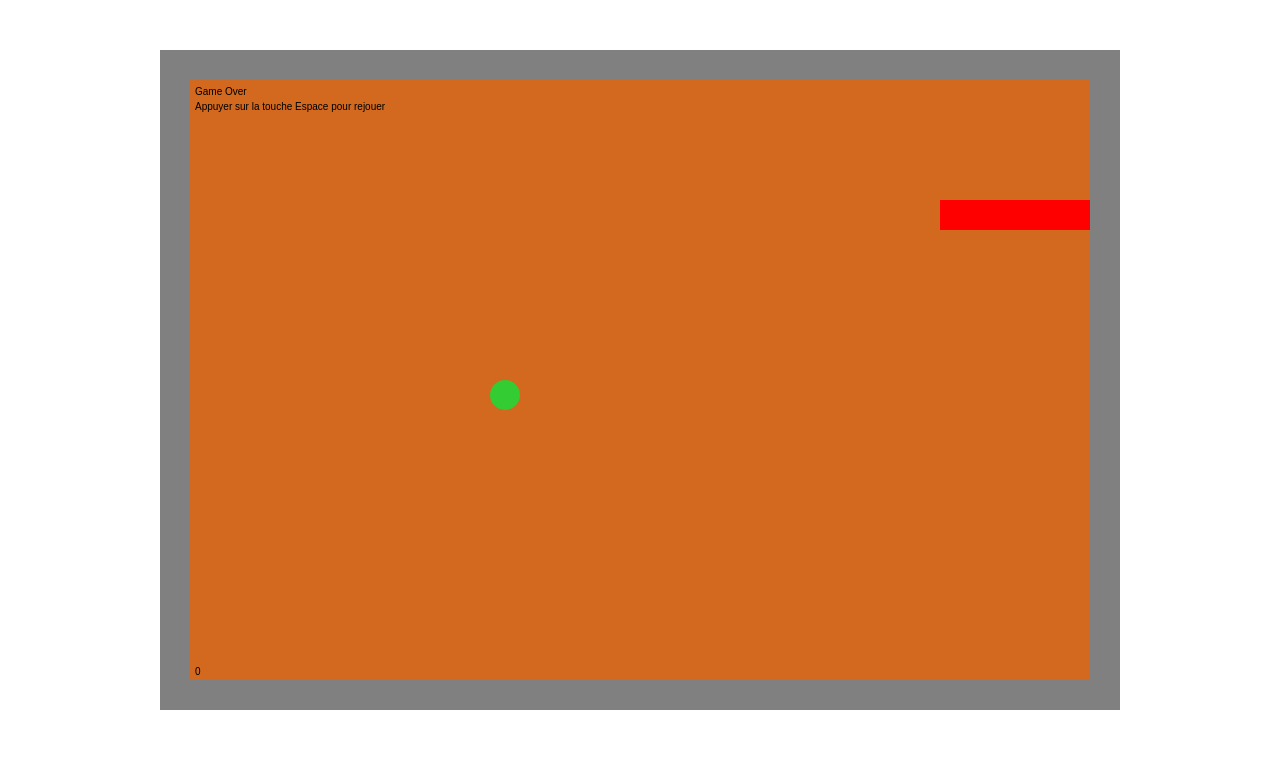
Repository: 0Memo/serpent
Page: index.html
These files come from the project's save history. The page is drawn as it stood at one moment and after the next save; the edit follows.
The browser window is 1280 px wide. The pictures show the whole page.

Above is the page before, as saved 2020-12-16 22:10:39.

After the next save:
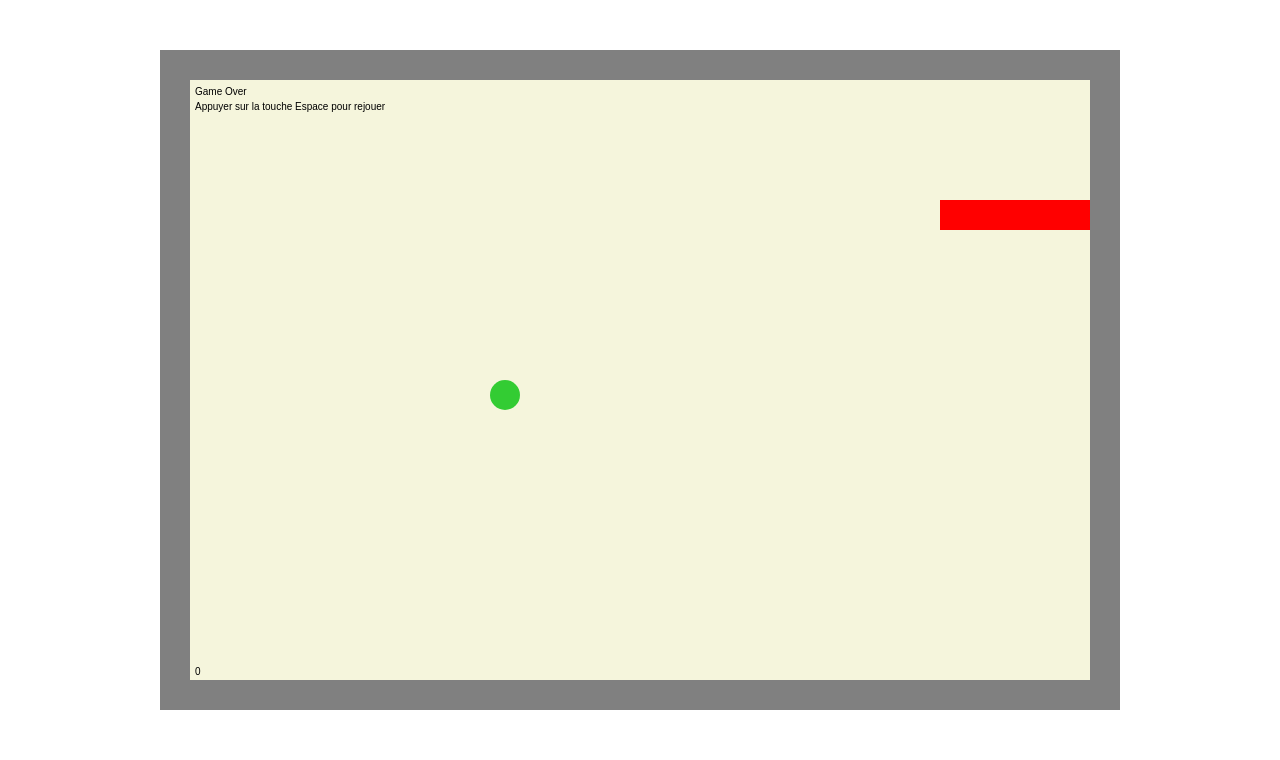
Saved 10 s later.
--- a/js/script.js
+++ b/js/script.js
@@ -19,7 +19,7 @@ window.onload = function(){
         canvas.style.border = "30px solid gray";
         canvas.style.margin = "50px auto";
         canvas.style.display = "block";
-        canvas.style.backgroundColor = "chocolate";
+        canvas.style.backgroundColor = "beige";
         document.body.appendChild(canvas);
         ctx = canvas.getContext('2d');
         snakey = new snake([[6,4], [5,4], [4,4], [3,4], [2, 4]], "right");
